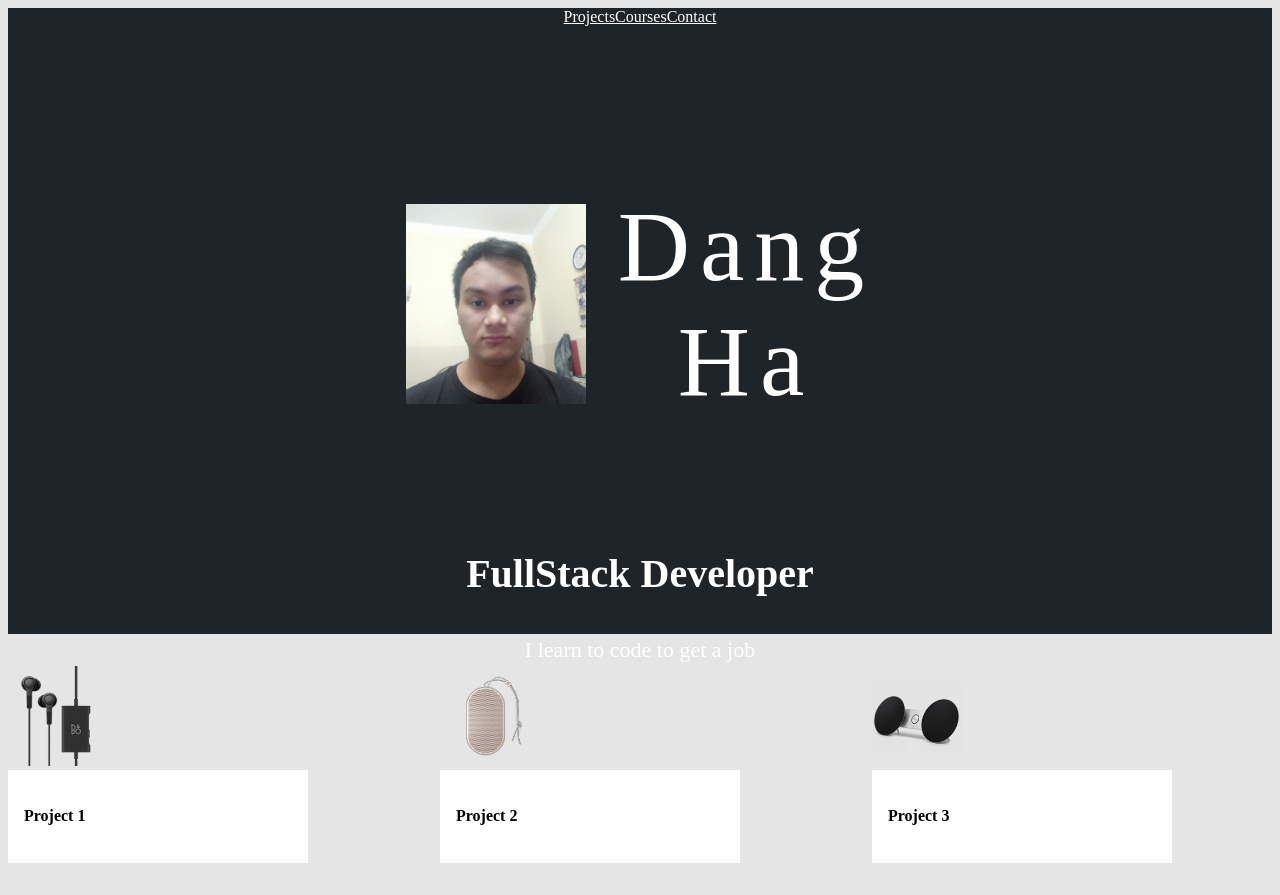
Repository: hagit01/ha-portfolio
Page: home.html
These files come from the project's save history. The page is drawn as it stood at one moment and after the next save; the edit follows.
The browser window is 1280 px wide. The pictures show the whole page.

Above is the page before, as saved 2021-07-30 10:44:38.

After the next save:
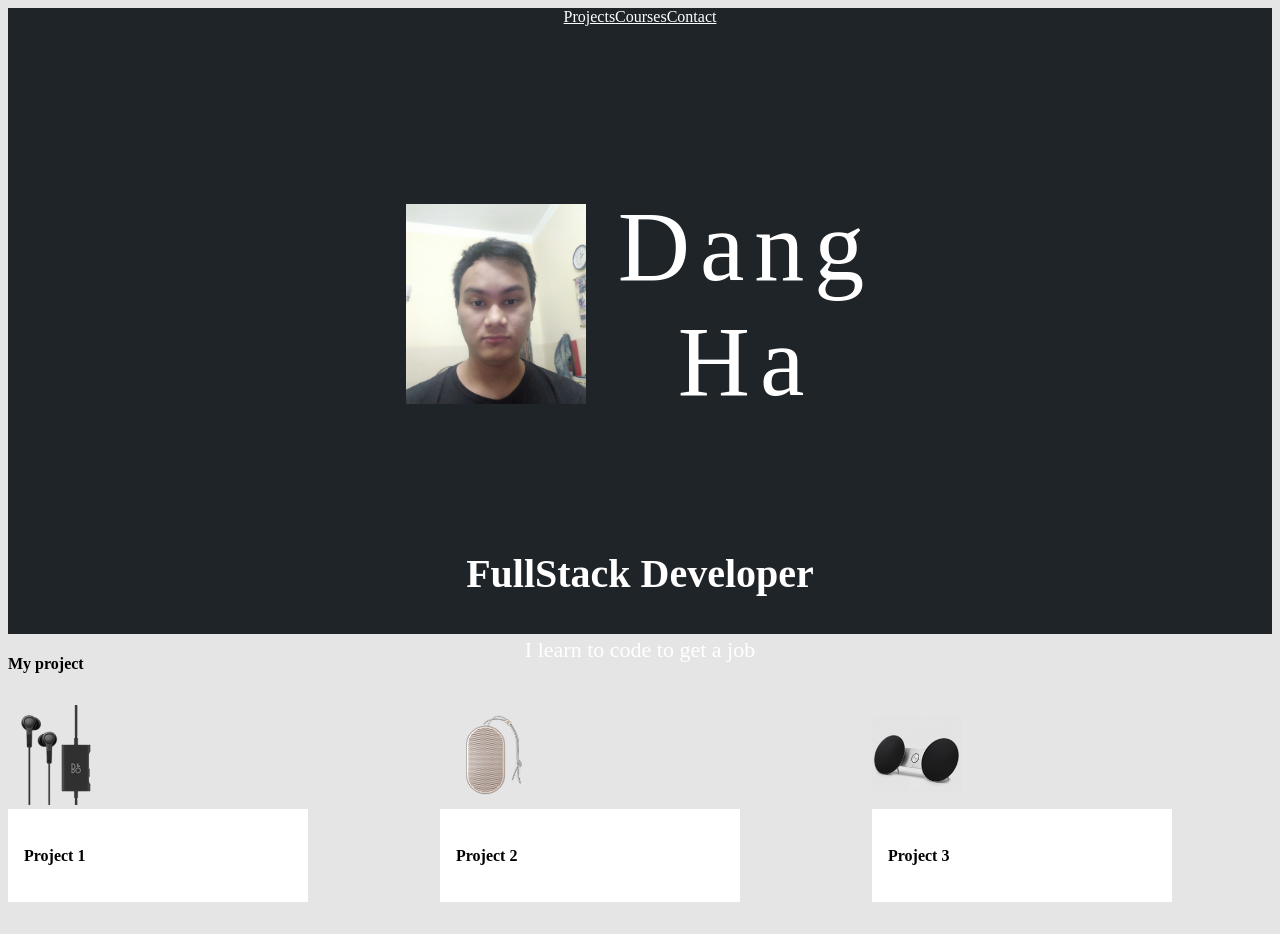
Saved 42 s later.
--- a/home.html
+++ b/home.html
@@ -40,6 +40,7 @@
     </section>
 
     <section class="container">
+        <h4>My project</h4>
         <div class="projects--wrapper">
             <div class="project--column">
                 <img class="project--thumbnail" src="images/1.png" alt="" >
